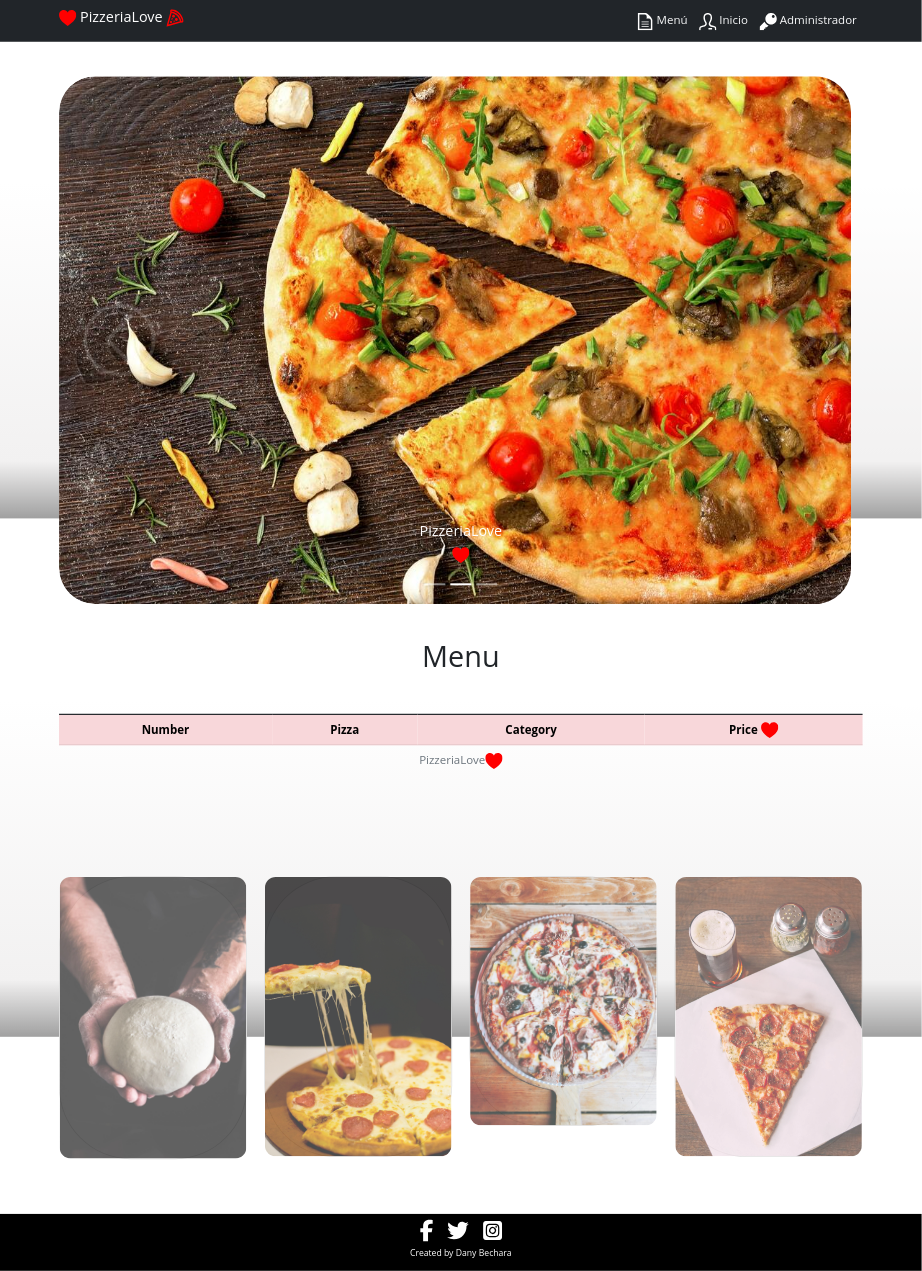
Repository: bechara611/PizzeriaLove
Page: /
An editor plug-in stored every save of this project. The page is shown before and after the next save, followed by the edit.
The browser window is 1280 px wide. The pictures show the whole page, at 72% of full size.
The page's requests for data from a server got no answer. Backgrounds fixed to the window are drawn as part of the page. The project was rebuilt for these pictures with package versions that can differ from the ones it lists, and the page was loaded fresh each time. No one was signed in, and anything a server would have sent is missing. Also part of the build but not shown: src/App.css, src/App.js, src/Componentes/FormularioAgregarMenu.css, src/Elementos/Alerta.js, src/Elementos/AlertaRed.js, src/Componentes/FormularioAgregarMenu.js.

Above is the page before, as saved 2022-02-25 23:07:09.

### src/index.js
import React,{useState} from 'react';
import ReactDOM from 'react-dom';
import './index.css';
import 'bootstrap/dist/css/bootstrap.css'
import 'bootstrap/dist/js/bootstrap.bundle.min';
import Header from './Componentes/Header';
import {BrowserRouter,Route, Routes,NavLink} from 'react-router-dom'
import {App,App2} from './App';
import WebFont from 'webfontloader'
import './index.css'
import Carousel from './Componentes/Carousel';
import Menu from './Componentes/Menu';
import Footer from './Componentes/Footer';
import { FormularioAgregarMenu } from './Componentes/FormularioAgregarMenu';
import Galeria from './Componentes/Galeria';

WebFont.load({
  google: {
    families: ['Open Sans:400,500,700', 'Sans-serif']
  }
});

const Index = () => {
  const [administrador,cambiaradministrador]=useState(false);
  const [admin,cambiaradmin]=useState('');
  return (
  <BrowserRouter>
     <Header administrador={administrador} cambiaradministrador={cambiaradministrador} cambiaradmin={cambiaradmin} admin={admin}></Header>
   {admin==='admin' ? <h2 className='my-5 tittle text-dark text-center'>ADMIN</h2>:<></>}
     <Carousel></Carousel>

    <Routes>
    <Route path='/' element={<Menu borrar={false} />} ></Route>
    <Route path='/administrador' element={<FormularioAgregarMenu />} ></Route>
    <Route path='/inicio' element={<Menu borrar={false} />} ></Route>
    </Routes>


    <Footer></Footer>
    </BrowserRouter>
    );
}


ReactDOM.render(

  <Index />,
  document.getElementById('root')
);

### src/index.css
* {
  margin: 0;
  font-family:'Open Sans';
  /* Permalink - use to edit and share this gradient: https://colorzilla.com/gradient-editor/#ffffff+0,ffffff+100&1+0,0+100;White+to+Transparent */



}


body
{
  background: rgb(255,255,255);
  background: linear-gradient(180deg, rgba(255,255,255,1) 0%, rgba(255,255,255,1) 35%, rgba(242,241,241,1) 89%, rgba(10,10,10,0.38699229691876746) 100%);

  background-attachment:fixed;
}

### src/Componentes/Header.js
import {NavLink} from 'react-router-dom'
import styled from 'styled-components';
import { BotonTipoNavLink,BotonTipoNavLinkA } from '../Elementos/BotonTipoNavLink';
import {Pizza2,Administrador2,Inicio2,Menu2,Contacto2,Heart2}from '../Elementos/ImagenesSVG';
import {App,App2} from './../App';
import './Header.css'


const Header = ({cambiaradministrador,administrador,cambiaradmin}) => {
    let url1,urladmin;
    url1="/inicio";
    urladmin='/administrador'
      return (
        <>

        <nav className="navbar navbar-expand-sm navbar-dark bg-dark  header_nav">
        <div className="container contenedor1 ">
        <div className='hijo1_header'>
         <BotonTipoNavLink to={url1} className="navbar-brand"> <Heart2 / > PizzeriaLove <Pizza2></Pizza2></BotonTipoNavLink>



        </div>
      <div className='hijo2_header'>
        <button
        className="navbar-toggler mt-2"
        type="button"
        data-bs-toggle="collapse"
        data-bs-target="#menu"
        aria-controls="menu"
        aria-expanded="false"
        aria-label="Mostrar / Ocultar Menu"
      >
        <span className="navbar-toggler-icon"></span>
      </button>

      <div className="collapse navbar-collapse" id="menu">
      <ul className="navbar-nav me-auto mb-2 mb-lg-0 header_menu">
      <li className="nav-item opcion"><a href="#menuu" className="nav-link text-light  opcion" onClick={()=>{cambiaradmin('usuario')}}><Menu2></Menu2> Menú</a></li>
        <li className="nav-item"><BotonTipoNavLinkA to={url1} className="nav-link text-light" onClick={()=>{cambiaradmin('usuario')}}><Inicio2/> Inicio</BotonTipoNavLinkA></li>
        <li className="nav-item"><BotonTipoNavLink to={urladmin} className="nav-link text-light" onClick={()=>{cambiaradmin('admin')}}> <Administrador2 /> Administrador</BotonTipoNavLink></li>
      </ul>

    </div>
    </div>
        </div>

      </nav>

      </>
       );
    }

    export default Header;

### src/Componentes/Carousel.js
import { Heart2 } from '../Elementos/ImagenesSVG'
import imagen1 from './../Imagenes/carousel1.jpg'
import imagen2 from './../Imagenes/carousel2.jpg'
import imagen3 from './../Imagenes/carousel3.jpg'
import './Carousel.css'
const Carousel = () => {
    return (

        <>
<section className="main">
  <div className="container">
    <div className="row mt-5">
      <div className="col">
        <div className="carousel slide carousel-fade" id="mi-carousel" data-bs-ride="carousel">
          <div className="carousel-inner">
            <div className="carousel-item active">
            <div className="carousel-caption">
            <h5>PizzeriaLove</h5>
            <p><Heart2></Heart2></p>
          </div>
              <img className="img-fluid" src={imagen1} alt='' />
            </div>

            <div className="carousel-item" data-bs-interval="5000">
              <div className="carousel-caption">
                <h5>PizzeriaLove</h5>
                <p><Heart2></Heart2></p>
              </div>
              <img className="img-fluid" src={imagen2}  alt=''/>
            </div>
            <div className="carousel-item">
            <div className="carousel-caption">
            <h5>PizzeriaLove</h5>
            <p><Heart2></Heart2></p>
          </div>
            <img className="img-fluid" src={imagen3} alt='' />
            </div>
          </div>



          <button
            className="carousel-control-prev botonprev"
            type="button"
            data-bs-target="#mi-carousel"
            data-bs-slide="prev"
          >
            <span className="carousel-control-prev-icon  icono" aria-hidden="true"></span>
            <span className="visually-hidden">Prev</span>
          </button>
          <button
            className="carousel-control-next"
            type="button"
            data-bs-target="#mi-carousel"
            data-bs-slide="next"
          >
            <span className="carousel-control-next-icon icono" aria-hidden="true"></span>
            <span className="visually-hidden">Next</span>
          </button>




          <div className="carousel-indicators">
            <button
              type="button"
              className="active"
              data-bs-target="#mi-carousel"
              data-bs-slide-to="0"
              aria-label="Slide 1"
            ></button>
            <button
              type="button"
              className=""
              data-bs-target="#mi-carousel"
              data-bs-slide-to="1"
              aria-label="Slide 2"
            ></button>
            <button
              type="button"
              className=""
              data-bs-target="#mi-carousel"
              data-bs-slide-to="2"
              aria-label="Slide 3"
            ></button>
          </div>
        </div>
      </div>
    </div>
  </div>

</section>


        </>
     );
}

export default Carousel;

### src/Componentes/Menu.js
import React from 'react'
import { Heart2, Trash2 } from '../Elementos/ImagenesSVG';
import { db } from '../Firebase/FirebaseConfig';
import './Menu.css'
import useObtenerMenu from '../Hooks/useObtenerMenu';
import BorrarDocumento from '../Firebase/Borrar';
import Galeria from './Galeria';

const Menu = ({borrar}) => {
   const [platos,cambiarplatos]=useObtenerMenu();


    return (
        <>
        <div className="container contenedor-tabla">
        <div className="row my-5">

        <div className="col titulo">
        {borrar===true ?   <h1 className=''>Admin, you can delete a plate here:</h1> :    <h1 className=''>Menu</h1>}

        </div>
        </div>
            <div className="row my-5">

             <div className="table-responsive " id='menuu'>
            <table className="table table-hover table" >
            <caption className='captionMenu'>PizzeriaLove<Heart2></Heart2></caption>
             <thead>
             <tr className={borrar===true?'table-success' : 'table-danger'}>
             <th>Number</th>
             <th>Pizza</th>
             <th>Category </th>
             <th>Price <Heart2></Heart2> </th>
             </tr>
             </thead>
             <tbody>
             {
                 platos.map((plato,index)=>{
                     return <React.Fragment key={index}>
                     <tr onClick={()=>{


                     }} >
                     <td>{index +1}</td>
                     <td>{plato.plato}</td>
                     <td>{plato.categorias}</td>
                     {borrar===true ?    <td>{plato.precio}$  <Trash2 onClick={()=>{
                        if (borrar===true) {
                            BorrarDocumento(plato.id)
                         }
                     }}></Trash2> </td> : <td>{plato.precio}</td> }

                     </tr>
                     </React.Fragment>
                 })
             }
             </tbody>
             </table>
            </div>


            </div>
        </div>
        <Galeria></Galeria>
        </>

        )

}

export  default Menu;

### src/Componentes/Footer.js
import styled from "styled-components";
import './Footer.css'
import { FontAwesomeIcon } from '@fortawesome/react-fontawesome'
import { faCoffee } from '@fortawesome/free-solid-svg-icons'
import {  faFacebookF,faInstagramSquare,faTwitter } from '@fortawesome/free-brands-svg-icons';
import useObtenerMenu from "../Hooks/useObtenerMenu";


const Footer = () => {
    let face='https://www.facebook.com';
    let insta='https://www.instagram.com';
    let twitter='https://www.twitter.com';
    let nuevaPestana="_blank"

    return (
        <>
        <div className="container-fluid " >
        <div className="row fila">
        <footer className="col-12 footer">
        <a href={face} target={nuevaPestana} className='face'><FontAwesomeIcon icon={faFacebookF}/></a>
        <a href={twitter} target={nuevaPestana} className='twitter'><FontAwesomeIcon icon={faTwitter}/></a>
        <a href={insta} target={nuevaPestana} className='instagram'><FontAwesomeIcon icon={faInstagramSquare}/></a>

        </footer>
        <p className="col-12">Created by Dany Bechara</p>
        </div>
        </div>
        </>
     );
}

export default Footer;

### src/Componentes/Galeria.js
import React from 'react';
import './Galeria.css'
import  Pizza1 from './../Imagenes/Pizza1.jpg'
import  Pizza2 from './../Imagenes/Pizza2.jpg'
import  Pizza3 from './../Imagenes/Pizza3.jpg'
import  Pizza4 from './../Imagenes/Pizza4.jpg'
import  Pizza5 from './../Imagenes/Pizza5.jpg'
import  Pizza6 from './../Imagenes/Pizza6.jpg'
import  Pizza7 from './../Imagenes/Pizza7.jpg'
import  Pizza8 from './../Imagenes/Pizza8.jpg'
import {ReactComponent as Menu} from './../Imagenes/Menu.svg'
const Galeria = () => {
    return (

        <>
        <div className="container centrar   py-5">
    <div className="row my-4 centrar">
        <div className="col-lg-3 col-12 col-sm-6 centrar">
            <div className="card cardcita my-1">
           < img src={Pizza5} alt="" className=" cardcitaImagen"></img>
            </div>
        </div>
        <div className="col-lg-3 col-12 col-sm-6 centrar">
            <div className="card cardcita my-1">
           < img src={Pizza2} alt="" className="cardcitaImagen"></img>
            </div>
        </div>
        <div className="col-lg-3 col-12 col-sm-6 centrar">
        <div className="card cardcita my-1">
       < img src={Pizza3} alt="" className="cardcitaImagen"></img>
        </div>
    </div>
        <div className="col-lg-3 col-12 col-sm-6 centrar">
            <div className="card cardcita my-1">
           < img src={Pizza8} alt="" className="cardcitaImagen colores"></img>
            </div>
        </div>
    </div>


        </div>
        </>
     );
}

export default Galeria;

### src/Elementos/BotonTipoNavLink.js
import styled from "styled-components"
import { NavLink } from "react-router-dom"
    const BotonTipoNavLink = styled(NavLink)`
    &:hover
    {
      text-decoration: underline;
      color: black;
    }
    `

    const BotonTipoNavLinkA=styled(BotonTipoNavLink)`
    text-decoration: none;
      color: black;
      cursor:pointer;
    `
    export {BotonTipoNavLink,BotonTipoNavLinkA}

### src/Elementos/ImagenesSVG.js
import styledComponents from 'styled-components';
import {ReactComponent as Pizza} from './../Imagenes/Pizza.svg'
import {ReactComponent as Inicio} from './../Imagenes/Inicio.svg'
import {ReactComponent as Menu} from './../Imagenes/Menu.svg'
import {ReactComponent as Administrador} from './../Imagenes/Administrador.svg'
import {ReactComponent as Contacto} from './../Imagenes/Contacto.svg'
import {ReactComponent as Heart} from './../Imagenes/Heart.svg'
import {ReactComponent as Trash} from './../Imagenes/Trash.svg'
const Pizza2 = styledComponents(Pizza)`
font-size:10px;
z-index: 1;
color:white;
fill:red;

`;
const Inicio2 = styledComponents(Inicio)`
font-size:10px;
z-index: 1;
color:white;
fill:white;

`;
const Menu2 = styledComponents(Menu)`
font-size:10px;
z-index: 1;
color:white;
fill:white;

`;
const Administrador2 = styledComponents(Administrador)`
font-size:10px;
z-index: 1;
color:white;
fill:white;

`;

const Contacto2 = styledComponents(Contacto)`
font-size:10px;
z-index: 1;
color:white;
fill:white;

`;

const Heart2 = styledComponents(Heart)`
font-size:10px;
z-index: 1;
color:white;
fill:red;

`;

const Trash2=styledComponents(Trash)`
fill:blue;
cursor:pointer;
`

export {Pizza2,Administrador2,Inicio2,Menu2, Contacto2,Heart2,Trash2}

### src/Componentes/Header.css

*{
   box-sizing: border-box;
   margin: 0;
   padding: 0;


}
.header_nav2
{
    /* margin-top: -8px; */
    background: -moz-linear-gradient(top,  rgba(211,126,128,1) 0%, rgba(146,171,207,0) 76%, rgba(134,179,222,0) 90%, rgba(125,185,232,0) 100%); /* FF3.6-15 */
background: -webkit-linear-gradient(top,  rgba(211,126,128,1) 0%,rgba(146,171,207,0) 76%,rgba(134,179,222,0) 90%,rgba(125,185,232,0) 100%); /* Chrome10-25,Safari5.1-6 */
background: linear-gradient(to bottom,  rgba(211,126,128,1) 0%,rgba(146,171,207,0) 76%,rgba(134,179,222,0) 90%,rgba(125,185,232,0) 100%); /* W3C, IE10+, FF16+, Chrome26+, Opera12+, Safari7+ */
filter: progid:DXImageTransform.Microsoft.gradient( startColorstr='#d37e80', endColorstr='#007db9e8',GradientType=0 ); /* IE6-9 */


}
body
{
    /* background: url(./../Imagenes/textura.png);
	background-repeat: repeat;
	background-attachment: fixed; */
}

.nav
{


}

.contenedor12
{

    /* min-height: 300px;  */
}

.hijo1_header
{
    align-self: start;
    /* margin-top: 2%; */

}
.hijo2_header
{
    /* margin-top: 2%; */
    align-self: start;
}
.header_menu
{

}

.opcion
{
text-decoration: dotted;
display: inline-block;
opacity: 1;

}



.opcion:hover
{
    text-decoration: underline;
}

.opcion:link
{
color: green;
}

### src/Componentes/Carousel.css
.carousel-inner{border-radius: 50px;}
.carousel-item{border-radius: 50px;}
.img-fluid{border-radius: 50px;}
.icono {
    height: 100px;
    width: 100px;

      /*shape border*/
      border: 5px solid white;
      border-radius: 50%; /*zero for square */
      opacity: 0.3;
      /*symbol */
      color: BLACK;



}
.icono:hover{opacity: 1;}

### src/Firebase/FirebaseConfig.js
import { initializeApp } from "firebase/app";
import { getAnalytics } from "firebase/analytics";
import { getFirestore } from "firebase/firestore";
import { getAuth, createUserWithEmailAndPassword } from "firebase/auth";

const firebaseConfig2 = {
    apiKey: "AIzaSyDhYuWK_8Uy4S-BtkFmFfityIjQnt4M3Is",
    authDomain: "pizzerialove-00.firebaseapp.com",
    projectId: "pizzerialove-00",
    storageBucket: "pizzerialove-00.appspot.com",
    messagingSenderId: "356504995914",
    appId: "1:356504995914:web:c5fee404edbf5f32affeb3",
    measurementId: "G-CK1N9HMEKD"
  };


    const firebaseConfig = {
      apiKey:process.env.REACT_APP_FIREBASE_API_KEY,
      authDomain:process.env.REACT_APP_FIREBASE_AUTH_DOMAIN,
      projectId:process.env.REACT_APP_FIREBASE_PROJECT_ID,
      storageBucket:process.env.REACT_APP_FIREBASE_STORAGE_BUCKET,
      messagingSenderId:process.env.REACT_APP_FIREBASE_MESSAGING_SENDER_ID,
      appId:process.env.REACT_APP_FIREBASE_APP_ID,
      measurementId:process.env.REACT_APP_FIREBASE_MEASUREMENT_ID
    };



// Initialize Firebase
const app = initializeApp(firebaseConfig);
const analytics = getAnalytics(app);
const db= getFirestore();
const auth=getAuth();

export {app,analytics,db,auth};

### src/Componentes/Menu.css
.captionMenu
{
    text-align: center;
}

.titulo{text-align: center;}

td{text-align: center;}
th{text-align: center;}

.basurita{background: black;}

.table-responsive{




    }

### src/Hooks/useObtenerMenu.js
import React,{useEffect,useState} from 'react'
import { db } from '../Firebase/FirebaseConfig';
import { collection,onSnapshot } from 'firebase/firestore';

const useObtenerMenu = () => {
    const [platos,cambiarplatos]=useState([{}])
    useEffect(()=>{

            const FuncionObtenerMenu=onSnapshot(collection(db,'menu'), (snapShot)=>{

               let vectormenu=snapShot.docs.map((documento)=>{
                  // console.log(documento.id)
                    return {...documento.data(),id:documento.id}
                })
              //  console.log(vectormenu);
              cambiarplatos([{}])
                cambiarplatos(vectormenu)
            })




            return FuncionObtenerMenu;
          },[])
          return [platos,cambiarplatos]
}

export default useObtenerMenu;

### src/Firebase/Borrar.js
import { db,app } from './FirebaseConfig'
import {doc,deleteDoc, } from 'firebase/firestore'
const BorrarDocumento =async (id) => {
  try {
  await deleteDoc(doc(db,'menu',id));

   } catch (error) {
    console.log(error)
   }

}

export default BorrarDocumento;

### src/Componentes/Footer.css
.footer
{
    display: flex;
    flex-direction: row;
    justify-content: center;

}
.fila
{
    display: flex;
    justify-content: center;
    text-align: center;
    background: black;
    font-size: 12px;
}
.fila p
{

color: white;
}
.footer a{
    text-decoration: none;
font-size: 30px;
display: inline-block;
color: white;
margin: 0 10px;
}
.face:hover{color: blue;}
.twitter:hover{color: lightblue;}
.instagram:hover{color:#fcaf45}

### src/Componentes/Galeria.css
.cardcita{
   border-radius: 100px;
    max-width: 300px;
    min-height: 300px;



}

.cardcitaImagen
{
    border-radius: 15px;
    max-width: 300px;
    min-height: 300px;

   opacity: .7;


}
.cardcitaImagen:hover{
    opacity: 1;

}

@keyframes colores
{
/*from{background: #9EB3C2;}
to{background:#21295C ;}*/
0%{min-height: 500px;}
25%{min-height: 520;}
50%{min-height: 530px;}
75%{min-height: 520;}
100%{min-height: 500;}
}

.centrar{justify-content: center;}

Loaded but not shown: public/index.html (common file)

After the next save:
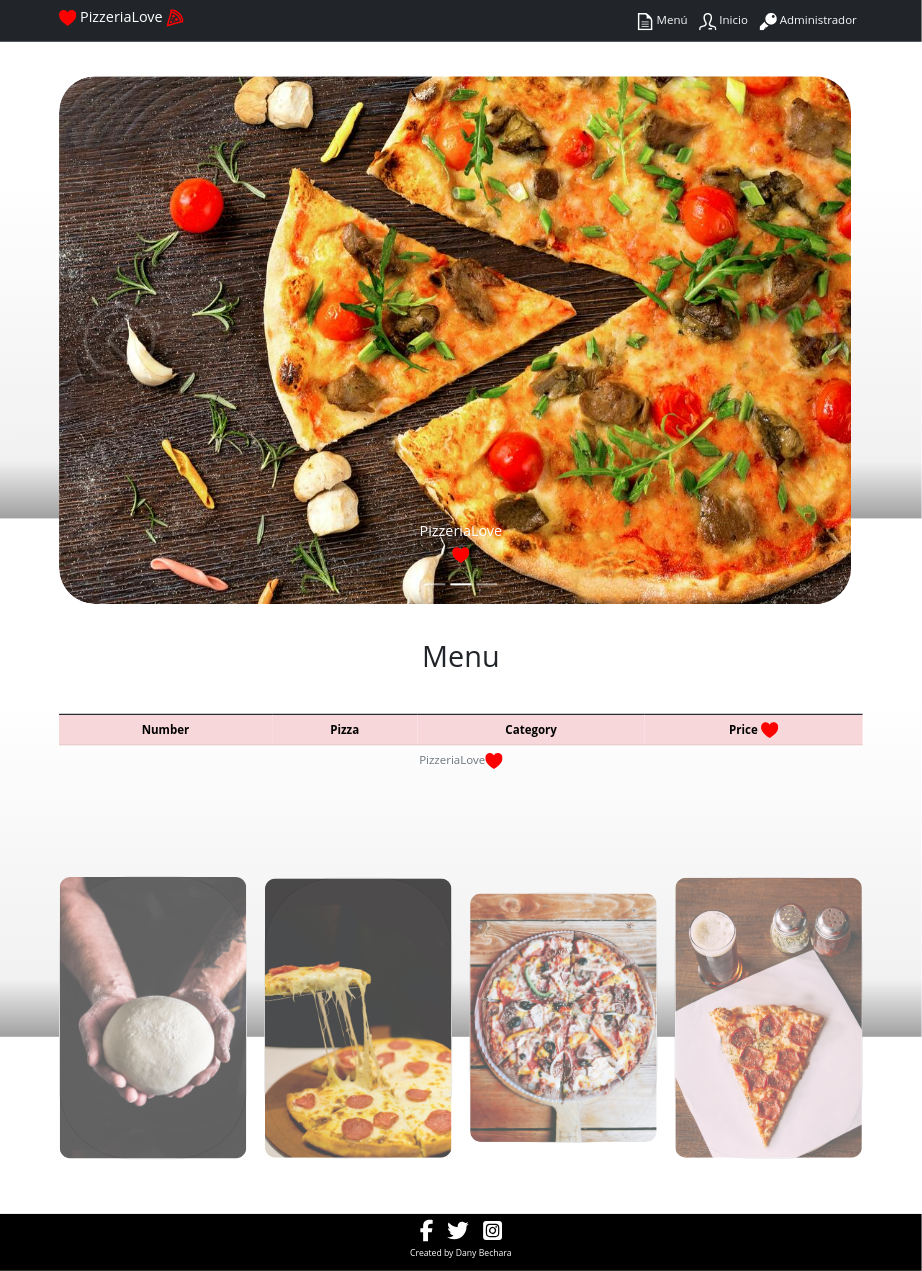
Saved 16 s later.
--- a/src/Componentes/Galeria.css
+++ b/src/Componentes/Galeria.css
@@ -33,4 +33,7 @@ to{background:#21295C ;}*/
 100%{min-height: 500;}
 }
 
-.centrar{justify-content: center;}
+.centrar{
+    justify-content: center;
+align-items: center;
+}
